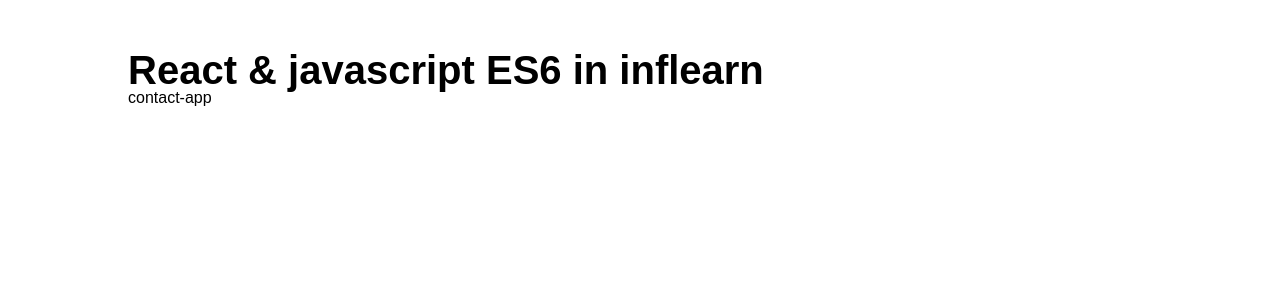
Repository: Hjinyyyy/react_beginner
Page: index.html
These files come from the project's save history. The page is drawn as it stood at one moment and after the next save; the edit follows.
The browser window is 1280 px wide. The pictures show the whole page.

Above is the page before, as saved 2021-10-26 14:28:20.

### index.html
<!DOCTYPE HTML>
<html lang="ko">
<head>
<meta charset="utf-8">
<meta http-equiv="Content-Type" content="text/html; charset=utf-8">
<meta http-equiv="X-UA-Compatible" content="IE=edge">
<meta http-equiv="Content-Security-Policy" content="upgrade-insecure-requests">
<meta name="viewport" content="initial-scale=1.0, width=device-width">

<title>React beginner</title>
<meta name="keywords" content="">
<meta name="description" content="">

<meta property="og:type" content="website">
<meta property="og:title" content="">
<meta property="og:description" content="">
<meta property="og:url" content="">
<meta property="og:image" content="">

<link rel="icon" href="../images/favicon.ico" type="image/x-icon">
<link rel="shortcut icon" href="#" type="image/x-icon">

<!-- PAGE CSS -->
<link rel="preconnect" href="https://fonts.gstatic.com">
<link href="https://fonts.googleapis.com/css2?family=Montserrat:wght@300;400;700&family=Noto+Sans+KR:wght@300;400;500;700&display=swap" rel="stylesheet">
<link href="/css/reset.css" rel="stylesheet">
<link href="/css/default.css" rel="stylesheet">

<!-- JS -->
</head>
<body>
<div class="wrap">
    <h2>React & javascript ES6 in inflearn</h2>
    <ul>
        <li><a href="https://hjinyyyy.github.io/react_beginner/contact-app">contact-app</a></li>
    </ul>
</div>
</body>
</html>

### css/reset.css
@charset "utf-8";

html, body, div, span, applet, object, iframe,
h1, h2, h3, h4, h5, h6, p, blockquote, pre,
a, abbr, acronym, address, big, cite, code,
del, dfn, em, img, ins, kbd, q, s, samp,
small, strike, strong, sub, sup, tt, var,
b, u, i, center,
dl, dt, dd, ol, ul, li,
fieldset, form, label, legend,
table, caption, tbody, tfoot, thead, tr, th, td,
article, aside, canvas, details, embed,
figure, figcaption, footer, header, hgroup,
menu, nav, output, ruby, section, summary,
time, mark, audio, video {
    margin: 0;
    padding: 0;
    border: 0;
    font-size: 100%;
    font: inherit;
    -webkit-tap-highlight-color:rgba(255,255,255,0);
    -moz-tap-highlight-color:rgba(255,255,255,0);
    box-sizing:border-box;
}
body {
    line-height: 1;
    -webkit-overflow-scrolling:touch;
}
article, aside, details, figcaption, figure, footer, header, menu, nav, section {
    display: block;
}
html {
    font-family:sans-serif;
    -ms-text-size-adjust:100%; /* ie */
    -webkit-text-size-adjust:100%; /* IOS */
    -moz-text-size-adjust:100%;
    text-size-adjust:100%;
}
ol, ul {
    list-style: none;
}
blockquote:before, blockquote:after, q:before, q:after {
    content: '';
    content: none;
}
table {
    border-collapse: collapse;
    border-spacing: 0;
}
img {
    vertical-align:middle;
    border:0;
}
a {
    font-family:inherit;
    color:inherit;
    text-decoration:none;
}
.clearfix:after {
    content:'';
    clear:both;
    display:block;
}
button, input, optgroup, select, textarea {
    color: inherit;
    font: inherit;
    margin: 0;
}
textarea, select  {
    appearance:none;
    -webkit-appearance:none;
    -moz-appearance:none;
    border-radius:0;
    -webkit-border-radius:0;
    box-sizing:border-box;
    -webkit-box-sizing:border-box;
}
input {
    line-height:normal;
    border-radius:0;
    -webkit-border-radius:0;
    box-sizing:border-box;
    -webkit-box-sizing:border-box;
}
input[type="text"], input[type="password"], input[type="tel"], input[type="url"], input[type="email"], input[type="number"] {
    appearance:none;
    -webkit-appearance:none;
    -moz-appearance:none;
    border-radius:0;
    -webkit-border-radius:0;
}
input[type="checkbox"], input[type="radio"] {
    box-sizing: border-box;
    padding: 0;
}
button, input[type="button"] {
    background:none;
    border:none;
    padding:0;
    margin:0;
    appearance:none;
    -webkit-appearance:none;
    -moz-appearance:none;
    border-radius:0;
    -webkit-border-radius:0;
    cursor:pointer;
}
button[disabled], input[disabled] {
    cursor: default;
}

### css/default.css
.wrap { margin: 50px auto; width: 80%; }
.wrap h2 { font-size: 2.5rem; font-weight: 600; }

After the next save:
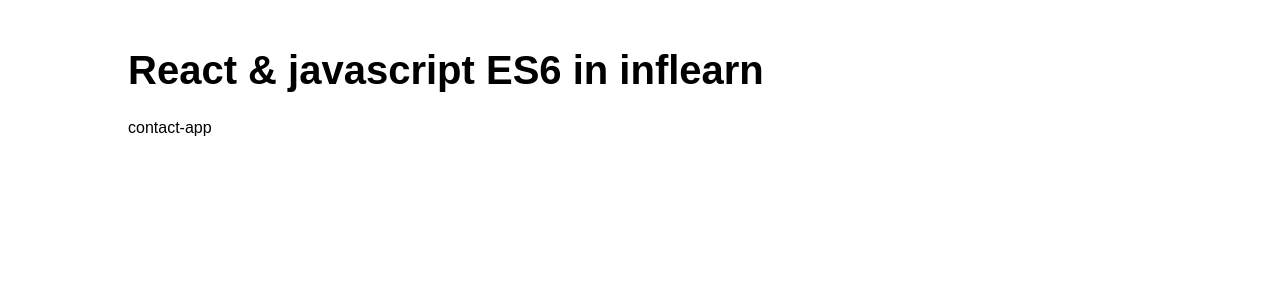
Saved 12 s later.
--- a/css/default.css
+++ b/css/default.css
@@ -1,2 +1,3 @@
 .wrap { margin: 50px auto; width: 80%; }
 .wrap h2 { font-size: 2.5rem; font-weight: 600; }
+.wrap ul { margin: 30px 0 0; }
